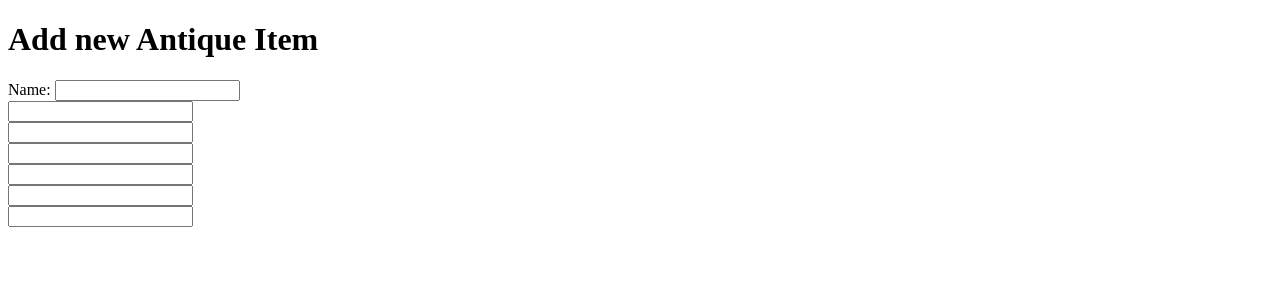
Repository: hidayatmansuri/antique-shop
Page: process/templates/addantique.html
The author's editor kept a record of every edit. The page is drawn from the files as they stood at one moment, then again after the next edit.
The browser window is 1280 px wide. The pictures show the whole page.

Above is the page before.

After the next edit:
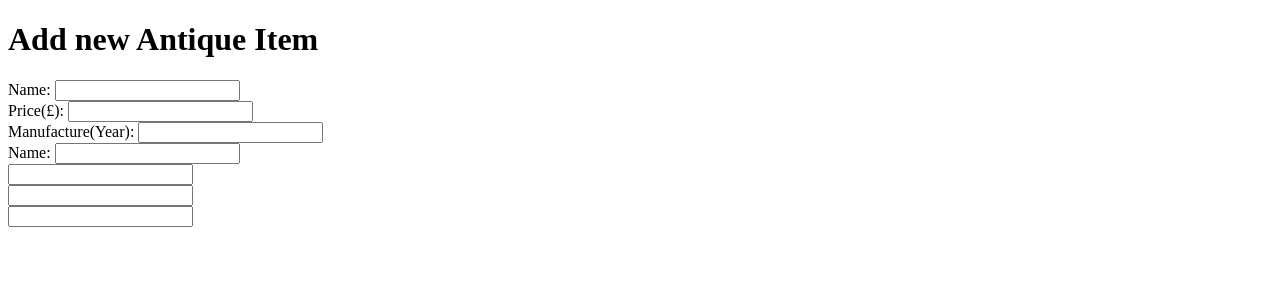
The edit:
--- a/process/templates/addantique.html
+++ b/process/templates/addantique.html
@@ -11,8 +11,11 @@
     <form method="POST">
         <label for="atq_name">Name: </label>
         <input type="text" id="atq_name" name="atq_name"/><br>
+        <label for="atq_price">Price(£): </label>
         <input type="number" id="atq_price" name="atq_price"/><br>
+        <label for="atq_manu">Manufacture(Year): </label>
         <input type="number" id="atq_manu" name="atq_manu"/><br>
+        <label for="atq_name">Name: </label>
         <input type="text" id="atq_desc" name="atq_desc"/><br>
         <input type="number" id="atq_height" name="atq_height"/><br>
         <input type="text" id="atq_width" name="atq_width"/><br>
